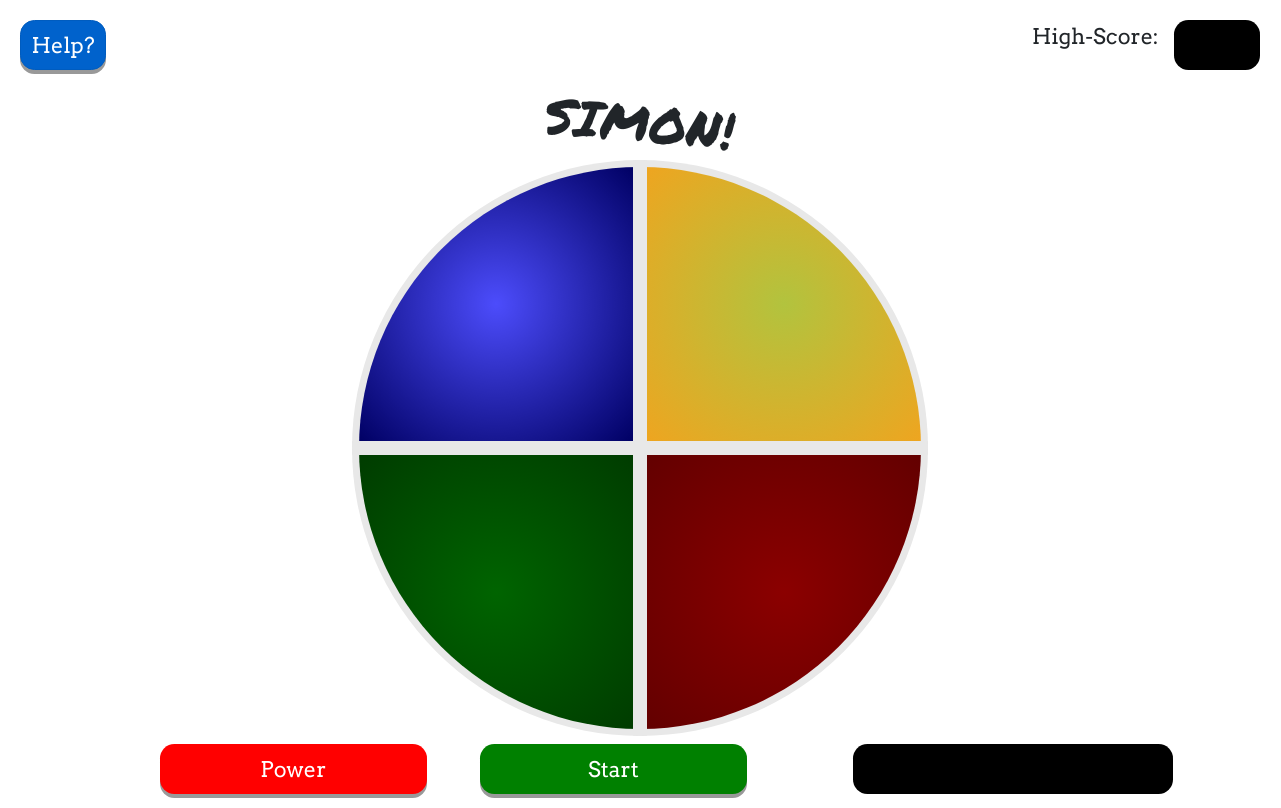
Repository: bandyp/simon
Page: index.html
The author's editor kept a record of every edit. The page is drawn from the files as they stood at one moment, then again after the next edit.
The browser window is 1280 px wide. The page is 1281 px wide, so the pictures cover 1281 px, including what lies to the right of the window. The pictures show the whole page.

Above is the page before.

### index.html
<!DOCTYPE html>
<html lang="en">

<head>
    <meta charset="UTF-8">
    <meta name="viewport" content="width=device-width, initial-scale=1, shrink-to-fit=no">
    <meta http-equiv="X-UA-Compatible" content="ie=edge">
    <link rel="stylesheet" href="https://stackpath.bootstrapcdn.com/bootstrap/4.3.1/css/bootstrap.min.css" integrity="sha384-ggOyR0iXCbMQv3Xipma34MD+dH/1fQ784/j6cY/iJTQUOhcWr7x9JvoRxT2MZw1T" crossorigin="anonymous">
    <title>Simon</title>
    <link rel="stylesheet" href="assets/css/style.css" type="text/css" />
    <link href="https://fonts.googleapis.com/css?family=Permanent+Marker&display=swap" rel="stylesheet">
    <link href='https://fonts.googleapis.com/css?family=Orbitron' rel='stylesheet' type='text/css'>
    <link href="https://fonts.googleapis.com/css?family=Arvo|Source+Sans+Pro&display=swap" rel="stylesheet">

    <audio id="soundGreen">
  	<source src="assets/sounds/simonSound1.mp3"></source>
  </audio>
    <audio id="soundBlue">
  	<source src="assets/sounds/simonSound2.mp3"></source>
  </audio>
    <audio id="soundYellow">
  	<source src="assets/sounds/simonSound3.mp3"></source>
  </audio>
    <audio id="soundRed">
  	<source src="assets/sounds/simonSound4.mp3"></source>
  </audio>
</head>

<body>
    <div class="container-fluid">
        <div class="row">
            <button type="button" class="btn btn-primary btn-lg active" id="helpButton">Help?</button>
            <div class="col float-right" id="highScore">
                High-Score:
            </div>
            <div id="highScoreBox"></div>

            <div class="alert alert-info alert-dismissible fade show" id="helpBox" role="alert">
                <h5>Follow Simon on his quest to count!</h5>
                <p>His buttons will light up as he counts from 1 to 20. Help him on his way by repeating his pattern. It starts off easy, but gets very difficult towards the end.</p>
                <hr>
                <p>Will you get the high score? Press start to find out.</p>
                <button type="button" class="close" data-dismiss="alert" aria-label="Close"><span aria-hidden="true">&times;</span></button>
            </div>
        </div>

        <div class="row">
            <div class="col mt-auto text-center" id="title">
                SIMON!
            </div>
        </div>

        <div class="row row-no-gutter">
            <div class="col-4 offset-2 colorButton blueButton ml-auto" id="blue"></div>
            <div class="col-4 colorButton yellowButton mr-auto" id="yellow"></div>
        </div>
        <div class="row row-no-gutter">
            <div class="col-4 offset-2 colorButton greenButton ml-auto" id="green"></div>
            <div class="col-4 colorButton redButton mr-auto" id="red"></div>
        </div>

        <div class="row mb-1rem">
            <div class="col-6 offset-1 mt-auto" id="buttons">
                <div class="row">
                    <button class="col-5 offset-1 power" id="power">Power</button>
                    <button class="col-5 offset-1" id="start">Start</button>
                </div>
            </div>
            <div class="col-3 mt-auto offset-1" id="count"></div>
        </div>

    </div>
    <script src="https://code.jquery.com/jquery-3.3.1.slim.min.js" integrity="sha384-q8i/X+965DzO0rT7abK41JStQIAqVgRVzpbzo5smXKp4YfRvH+8abtTE1Pi6jizo" crossorigin="anonymous"></script>
    <script src="https://cdnjs.cloudflare.com/ajax/libs/popper.js/1.14.3/umd/popper.min.js" integrity="sha384-ZMP7rVo3mIykV+2+9J3UJ46jBk0WLaUAdn689aCwoqbBJiSnjAK/l8WvCWPIPm49" crossorigin="anonymous"></script>
    <script src="https://stackpath.bootstrapcdn.com/bootstrap/4.1.3/js/bootstrap.min.js" integrity="sha384-ChfqqxuZUCnJSK3+MXmPNIyE6ZbWh2IMqE241rYiqJxyMiZ6OW/JmZQ5stwEULTy" crossorigin="anonymous"></script>
    <script src="assets/js/script.js"></script>
</body>

</html>

### assets/css/style.css
/* top of page */

#helpButton {
    margin-top: 20px;
    margin-left: 20px;
    height: 7vh;
    width: 12vh;
    padding: 0;
    border-radius: 2vh;
    font-family: 'Arvo', serif;
    font-size: 3vh;
    cursor: pointer;
}

#highScore {
    text-align: right;
    margin-top: 20px;
    font-size: 3vh;
    font-family: 'Arvo', serif;
}


#highScoreBox {
    float: right;
    background: black;
    margin-top: 20px;
    margin-right: 20px;
    height: 7vh;
    width: 12vh;
    color: red;
    font-family: 'Orbitron', sans-serif;
    font-size: 4vh;
    text-align: center;
    vertical-align: middle;
    line-height: 7vh;
    border-radius: 2vh;
}

#title {
    font-size: 7vh;
    margin-top: 3vh;
    font-family: 'Permanent Marker', cursive;
    transform: rotate(5deg);
}

/* game colored buttons */

#blue {
    margin-top: auto;
    border-radius: 100% 0% 0% 0%;
    border: solid 1vh rgb(232, 232, 232);
    background-image: radial-gradient(circle, rgba(0, 0, 250, 0.7), rgba(0, 0, 100, 1));
}

#yellow {
    margin-top: auto;
    border-radius: 0% 100% 0% 0%;
    border: solid 1vh rgb(232, 232, 232);
    background-image: radial-gradient(circle, rgba(178, 195, 62, 1), rgba(238, 165, 32, 1));
}

#red {
    margin-bottom: 1vh;
    border-radius: 0% 0% 100% 0%;
    border: solid 1vh rgb(232, 232, 232);
    background-image: radial-gradient(circle, rgba(139, 0, 0, 1), rgba(99, 0, 0, 1));
}

#green {
    margin-bottom: 1vh;
    border-radius: 0% 0% 0% 100%;
    border: solid 1vh rgb(232, 232, 232);
    background-image: radial-gradient(circle, rgba(0, 100, 0, 1), rgba(0, 60, 0, 1));
}

.colorButton {
    position: relative;
    height: 40vmin;
    max-width: 40vmin;
    cursor: pointer;
}

.bright {
    filter: brightness(150%);
}

/* bottom of page buttons */

#buttons {
    position: relative;
    z-index: 2;
    display: inline;
    font-size: 3vh;
    font-family: 'Arvo', serif;
}


button {
    display: inline-block;
    cursor: pointer;
    text-align: center;
    text-decoration: none;
    outline: none;
    color: #fff;
    background-color: #4CAF50;
    border: none;
    border-radius: 15px;
    box-shadow: 0 4px #999;
    margin-bottom: 2vh;
}

button:hover {
    background-color: #3e8e41
}

button:active {
    background-color: #3e8e41;
    box-shadow: 0 1px #666;
    transform: translateY(4px);
}

#count {
    background: black;
    display: inline-block;
    height: 7vh;
    width: 14vh;
    color: red;
    font-family: 'Orbitron', sans-serif;
    font-size: 3vh;
    text-align: center;
    vertical-align: middle;
    line-height: 7vh;
    border-radius: 2vh;
    margin-bottom: 2vh;
}

#power {
    color: white;
    background-color: red;
    border-radius: 2vh;
    width: 10vh;
    height: 7vh;
    padding: 0;
}

#start {
    color: white;
    background-color: green;
    border-radius: 2vh;
    width: 10vh;
    height: 7vh;
    padding: 0;
}

### assets/js/script.js
$(document).ready(function() {

    let sequence = [];
    let userSequence = [];
    let success;
    let turn;
    let cpuTurn;
    let playerTurn;
    let bright;
    let playSequence;
    let win;
    let highScore = 0;

    function checkHighScore() {
        if (highScore < bright) {
            highScore = bright;
            $("#highScoreBox").html(highScore - 1);
        }
    }

    // Help Alert box

    $("#helpBox").hide();
    $("#helpButton").mouseover(function() {
        $("#helpBox").show();
        $("#helpButton").mouseleave(function() {
            $("#helpBox").hide();
        });
    });

    // power on/off

    document.getElementById("power").onclick = function() { powerButton() };

    function powerButton() {
        var x = document.getElementById("power").classList.contains("change");
        if (x == false) {
            $('#power').addClass("change");
            powerOn();
        }
        else {
            $('#power').removeClass("change");
            powerOff();
        }
    }

    function powerOn() {
        playerTurn = true;
        cpuTurn = true;
        success = false;
        playerTurn = false;
        /*       sequence = [];
               userSequence = [];*/
        $("#count").html('--');
        document.getElementById("start").disabled = false;
    }

    $("#start").on("click", function() {
        $("#count").html('1');
        if (playerTurn || cpuTurn || success) {
            play();
        }
    });


    function powerOff() {
        playerTurn = false;
        cpuTurn = false;
        sequence = [];
        userSequence = [];
        $('.colorButton').removeClass('bright'),
            $("#count").html('');
        clearInterval(playSequence);
        document.getElementById("start").disabled = true;
    }

    // start play function by creating sequence of 20 from start button (from memory game, code insitute, wwschools)

    function play() {
        playSequence = 0;
        sequence = [];
        userSequence = [];
        bright = 0;
        turn = 1;
        success = true;
        win = false;
        $("#count").html('1');
        for (var i = 0; i < 20; i++) {
            sequence.push(Math.floor(Math.random() * 4) + 1);
        }

        cpuTurn = true;
        playSequence = setInterval(makeBright, 1000);
    }

    // function which allows cpu to select color and sound

    function makeBright() {
        playerTurn = false;
        if (bright == turn) {
            clearInterval(playSequence);
            cpuTurn = false;
            playerTurn = true;
        }

        if (cpuTurn) {
            document.getElementById("start").disabled = true;
            $('.colorButton').removeClass('bright');
            setTimeout(function() {
                if (sequence[bright] == 1) {
                    $('#soundGreen')[0].play();
                    $('#green').addClass('bright'),
                        setTimeout(function() {
                            $('#green').removeClass('bright');
                        }, 1500);
                }
                if (sequence[bright] == 2) {
                    $('#soundBlue')[0].play();
                    $('#blue').addClass('bright'),
                        setTimeout(function() {
                            $('#blue').removeClass('bright');
                        }, 1500);
                }
                if (sequence[bright] == 3) {
                    $('#soundYellow')[0].play();
                    $('#yellow').addClass('bright'),
                        setTimeout(function() {
                            $('#yellow').removeClass('bright');
                        }, 1500);
                }
                if (sequence[bright] == 4) {
                    $('#soundRed')[0].play();
                    $('#red').addClass('bright'),
                        setTimeout(function() {
                            $('#red').removeClass('bright');
                        }, 1500);
                }
                bright++;
            }, 200);
        }
    }

    // user clicking lights (from code insitute module)

    $("#green").on("mousedown touchstart", function(e) {
        e.preventDefault();
        if (playerTurn) {
            $(this).addClass('bright'); // changes to light green
            $('#soundGreen')[0].play();
            userSequence.push(1);
            $("#green").on("mouseup touchend", function(e) {
                e.preventDefault();
                $(this).removeClass('bright'); //changes back
                compareArrays();

            });
        }
    });

    $("#blue").on("mousedown touchstart", function(e) {
        e.preventDefault();
        if (playerTurn) {
            userSequence.push(2);
            $('#soundBlue')[0].play();
            $(this).addClass('bright'); // changes to light blue
            $("#blue").on("mouseup touchend", function(e) {
                e.preventDefault();
                $(this).removeClass('bright'); //changes
                compareArrays();
            });
        }
    });

    $("#yellow").on("mousedown touchstart", function(e) {
        e.preventDefault();
        if (playerTurn) {
            userSequence.push(3);
            $('#soundYellow')[0].play();

            $(this).addClass('bright'); // changes to light yellow
            $("#yellow").on("mouseup touchend", function(e) {
                e.preventDefault();
                $(this).removeClass('bright'); //changes back
                compareArrays();
            });
        }
    });

    $("#red").on("mousedown touchstart", function(e) {
        e.preventDefault();
        if (playerTurn) {
            userSequence.push(4);
            $('#soundRed')[0].play();

            $(this).addClass('bright'); // changes to light red
            $("#red").on("mouseup touchend", function(e) {
                e.preventDefault();
                $(this).removeClass('bright'); //changes back
                compareArrays();
            });
        }
    });

    // checks that user has clicked the correct color in the sequence


    function compareArrays() {

        if (userSequence[userSequence.length - 1] !== sequence[userSequence.length - 1]) success = false;
        if (userSequence.length == 20 && success == true) {
            checkHighScore();
            winner();
        }
        if (success == false) {
            checkHighScore();
            sequence = [];
            end();
        }

        if (turn == userSequence.length && success && !win) {
            turn++;
            userSequence = [];
            cpuTurn = true;
            bright = 0;
            $("#count").html(turn);
            playSequence = setInterval(makeBright, 1000);
        }

    }

    // wine, lose, high score and restart functiond

    function end() {

        $(".colorButton").addClass('bright');
        $("#count").html('LOSE');
        playerTurn = false;
        win = false;
        setTimeout(restart, 3000);
    }

    function restart() {
        powerOn();
        sequence = [];
        $("#count").html('--');
        playerTurn = false;
        $(".colorButton").removeClass('bright');
    }

    function winner() {
        $(".colorButton").addClass('bright');
        $("#count").html('WIN!');
        checkHighScore();
        win = true;
        setTimeout(restart, 3000);
    }




});

After the next edit:
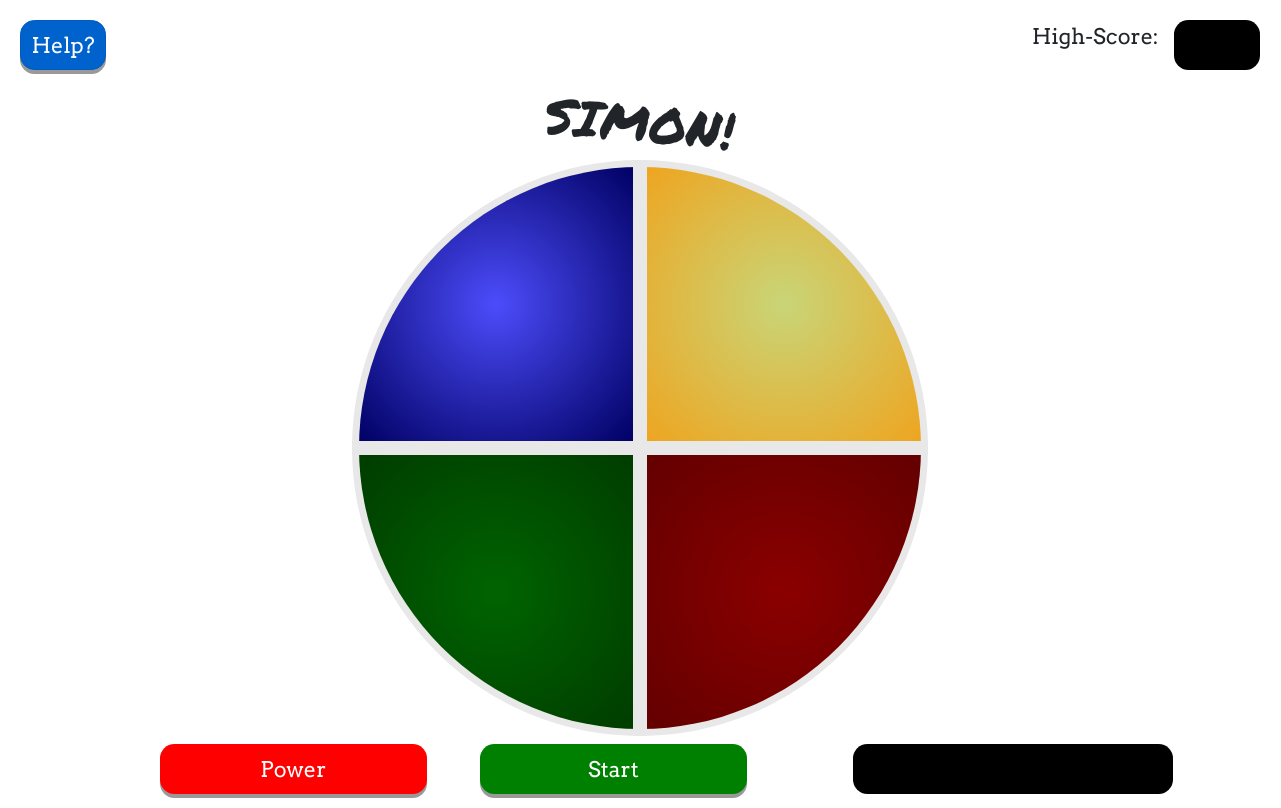
The edit:
--- a/assets/css/style.css
+++ b/assets/css/style.css
@@ -56,7 +56,7 @@
     margin-top: auto;
     border-radius: 0% 100% 0% 0%;
     border: solid 1vh rgb(232, 232, 232);
-    background-image: radial-gradient(circle, rgba(178, 195, 62, 1), rgba(238, 165, 32, 1));
+    background-image: radial-gradient(circle, rgba(178, 195, 62, 0.7), rgba(238, 165, 32, 1));
 }
 
 #red {
